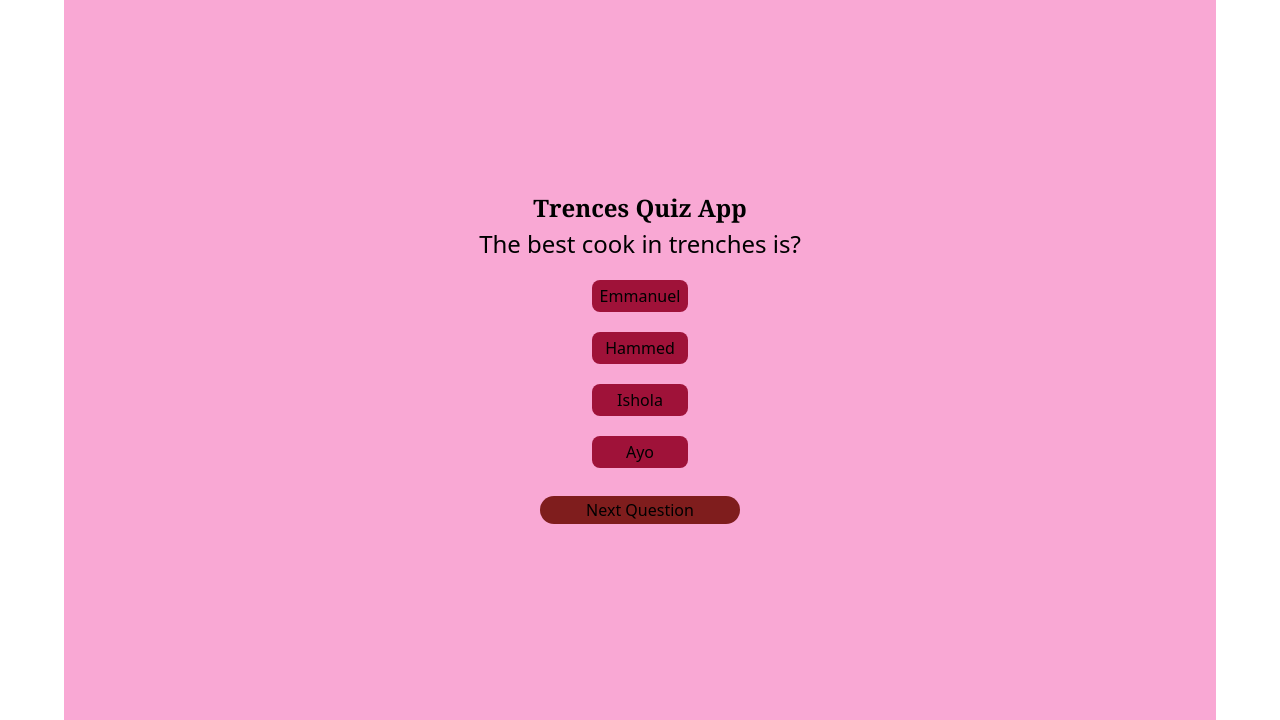
Repository: Semanmernstack/Quiz-react-app
Page: /, after clicking the first element matching `button`
An editor plug-in stored every save of this project. The page is shown before and after the next save, followed by the edit.
The browser window is 1280 px wide. The pictures show the whole page.
The project was rebuilt for these pictures with package versions that can differ from the ones it lists, and the page was loaded fresh each time. Also part of the build but not shown: src/components/End.js.

Above is the page before, as saved 2023-01-30 02:11:16.

### src/index.css
body {
  margin: 0;
}
@tailwind base;
@tailwind components;
@tailwind utilities;

### src/App.js
import { useState } from "react";
import Menu from "./components/Menu";
import Quiz from "./components/Quiz";
import End from "./components/End"
import { QuizContext } from "./Game/Context";
function App() {
  const [game, setGame] = useState("menu")
  const [score, setScore] = useState(0)
  return (
    <div className="text-center items-center justify-center flex  flex-col  max-w-6xl mx-auto h-screen  bg-pink-300 first-letter:">
      <p className="text-2xl font-extrabold font-serif">Trences Quiz App</p>
      <QuizContext.Provider value={{game, setGame, score, setScore}}>
        {game === "menu" && <Menu/>}
        {game === "quiz" && <Quiz/>}
        {game === "End" && <End/>}

      </QuizContext.Provider>

    </div>
  );
}

export default App;

### src/components/Menu.js
import React, { useContext } from 'react'
import { QuizContext } from '../Game/Context'

function Menu() {
    const { setGame} = useContext(QuizContext)
  return (
    <div className="flex">
        <button className="font-bold  text-xl cursor-pointer bg-red-800 text-white animate-pulse p-1 rounded-xl" onClick={() => {setGame("quiz")}} >Start Quiz</button>

    </div>
  )
}

export default Menu

### src/components/Quiz.js
import React, {  useContext, useState } from 'react'
import { QuizContext } from '../Game/Context';

import { Question } from '../Game/Questions';


function Quiz() {
    const {score, setScore, setGame} = useContext(QuizContext)

    const [current, setCurrent] = useState(0);
    const [option, setOption]= useState("")

    const nextQuestion = () => {
      if (Question[current].answer === option) {
        setScore(score + 1)
      }
      alert(score)
      setCurrent(current + 1)
    }
    const finishQuiz = () => {
      if (Question[current].answer === option) {
        setScore(score + 1)
      }
      setGame("End")

    }



  return (
    <div className=" p-1 rounded-xl   ">
        <h1 className="text-2xl">{Question[current].prompt}</h1>
        <div className="flex mt-5  cursor-pointer flex-col gap-5 items-center text-center">
            <button onClick={() => setOption("A")} className="w-24 bg-rose-800 p-1 rounded-lg hover:bg-red-500">{Question[current].optionA}</button>
            <button  onClick={() => setOption("B") } className="w-24 bg-rose-800 p-1 rounded-lg hover:bg-red-500">{Question[current].optionB}</button>
            <button onClick={() => setOption("C")} className="w-24 bg-rose-800 p-1 rounded-lg hover:bg-red-500">{Question[current].optionC}</button>
            <button onClick={() => setOption("D")} className="w-24 bg-rose-800 p-1 rounded-lg hover:bg-red-500">{Question[current].optionD}</button>
        </div>
        <div>
          {current === Question.length - 1 ? (
            <button onClick={finishQuiz}>Finished</button>
          ):(
            <button className="w-[200px] h-7 mt-7 rounded-full bg-red-900" onClick={nextQuestion} >Next Question</button>
          )}

        </div>

    </div>
  )
}

export default Quiz

### src/Game/Context.js
import { createContext } from "react";

export const QuizContext = createContext()

### src/Game/Questions.js
export  const Question = [
    {
        prompt: "The best cook in trenches is?",
        optionA: "Emmanuel",
        optionB: "Hammed",
        optionC: "Ishola",
        optionD: "Ayo",
        answer: "D",
    },
    {
        prompt: "Who is the sapa giver in trenches?",
        optionA: "Abigeal",
        optionB: "Idilabi",
        optionC: "Ebu",
        optionD: "Ajoke",
        answer: "C",
    },
    {
        prompt: "Name he person that enter school and ran back home?",
        optionA: "Davido",
        optionB: "Eniola",
        optionC: "Gift",
        optionD: "Okiki",
        answer: "B",
    },
    {
        prompt: "who is the best Osu?",
        optionA: "Cory",
        optionB: "Joe",
        optionC: "Harmon",
        optionD: "Bob",
        answer: "A",
    },
    {
        prompt: "The most serious in Trenches?",
        optionA: "Malik",
        optionB: "Hammed",
        optionC: "Ishola",
        optionD: "Ayo",
        answer: "A",
    },
    {
        prompt: "Who is trenches table tennis best player?",
        optionA: "Baddo",
        optionB: "Daddy Pems",
        optionC: "BJ",
        optionD: "Sule",
        answer: "B",
    },
    {
        prompt: "Babaoja of trenches is?",
        optionA: "Baddo",
        optionB: "daddy Dami",
        optionC: "Igwe",
        optionD: "Baba Gift",
        answer: "A",
    },
    {
        prompt: "The name of trenches street is?",
        optionA: "Portable str",
        optionB: "Alagomeji str",
        optionC: "Tijani str",
        optionD: "Adekunle Olaiya",
        answer: "D",
    },
    {
        prompt: "Highest Iphone own in trenches right now?",
        optionA: "xr",
        optionB: "7",
        optionC: "11 ",
        optionD: "11 pro",
        answer: "A",
    },
    {
        prompt: "The best song/album in trenches at the moment?",
        optionA: "Ruger",
        optionB: "Portable",
        optionC: "Seyi Vibes ",
        optionD: "Zinolisky",
        answer: "C",
    },
]

Loaded but not shown: public/index.html (common file); src/index.js (common file); src/reportWebVitals.js (common file); tailwind.config.js (common file)

After the next save:
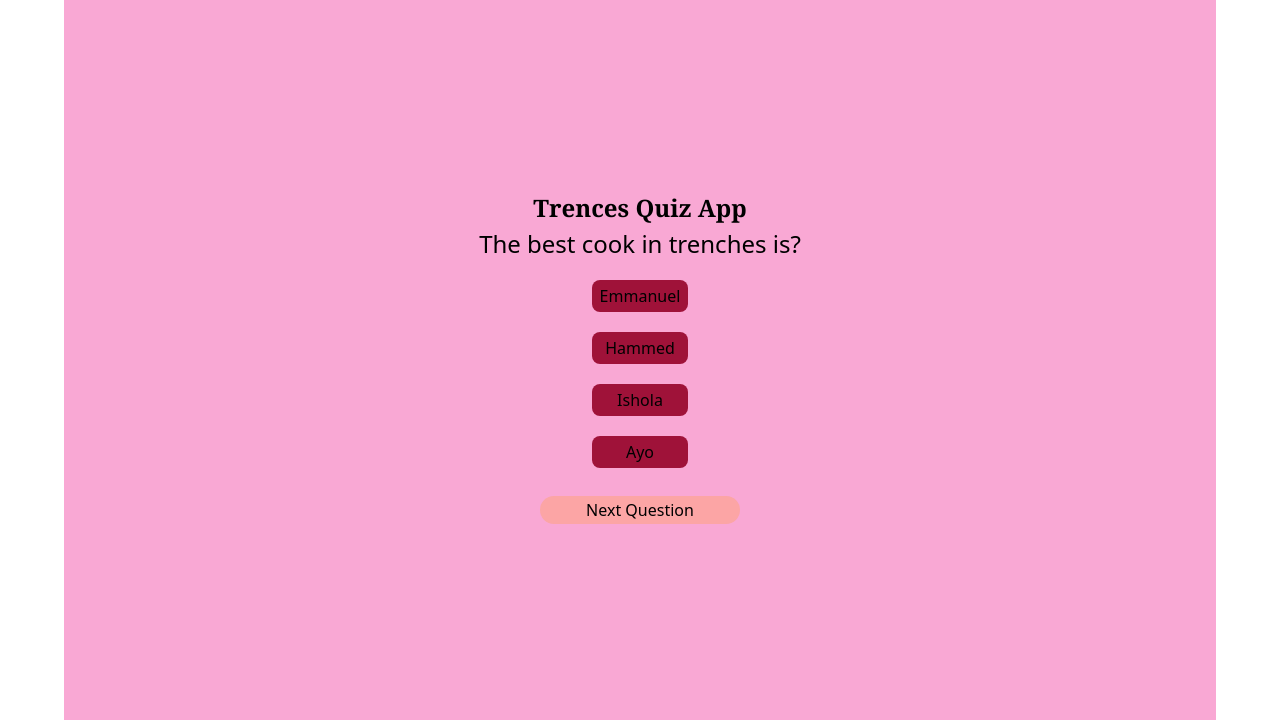
Saved 9 s later.
--- a/src/components/Quiz.js
+++ b/src/components/Quiz.js
@@ -40,7 +40,7 @@ function Quiz() {
           {current === Question.length - 1 ? (
             <button onClick={finishQuiz}>Finished</button>
           ):(
-            <button className="w-[200px] h-7 mt-7 rounded-full bg-red-900" onClick={nextQuestion} >Next Question</button>
+            <button className="w-[200px] h-7 mt-7 rounded-full bg-red-300" onClick={nextQuestion} >Next Question</button>
           )}
 
         </div>
